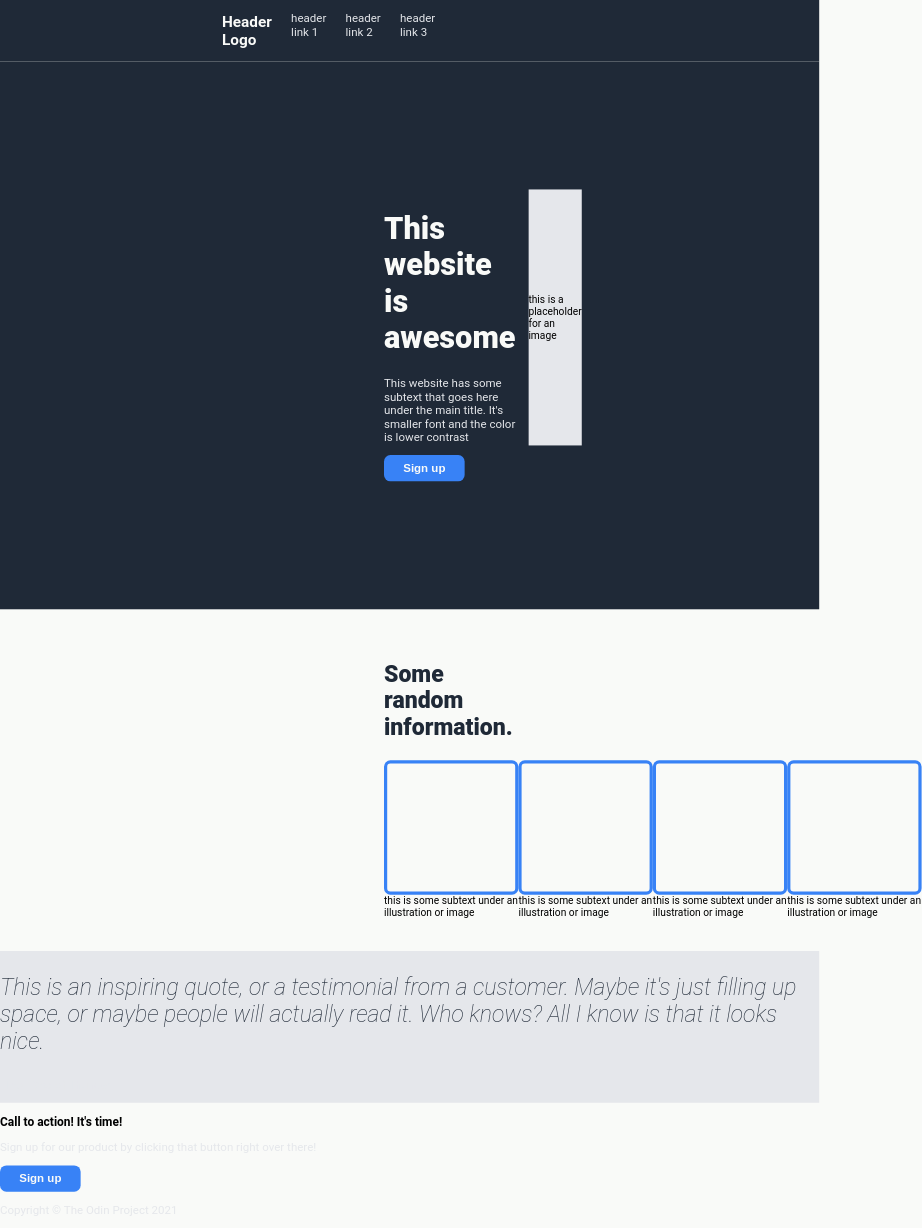
Repository: rsoetydev/landing-page
Page: index.html
An editor plug-in stored every save of this project. The page is shown before and after the next save, followed by the edit.
The browser window is 1280 px wide. The page is 1440 px wide, then 1280 px, so the pictures cover 1440 px, including what lies to the right of the window. The pictures show the whole page, at 64% of full size.

Above is the page before, as saved 2023-11-28 10:27:16.

### index.html
<!DOCTYPE html>
<html lang="en">
<head>
    <meta charset="UTF-8">
    <meta name="viewport" content="width=device-width, initial-scale=1.0">
    <title>Landing Page</title>
    <link rel="stylesheet" href="style.css">
</head>
<body>
    <div class="header">
        <h2 class="header-logo">Header Logo</h2>
        <p class="link-1">header link 1 </p>
        <p class="link-2">header link 2</p>
        <p class="link-3"> header link 3</p>
    </div>

    <div class="hero">
        <div class="hero-text">
            <h1 class="hero-title">This website is awesome</h1>
            <p class="hero-subtext">This website has some subtext that goes here under the main title. It's smaller font and the color is lower contrast</p>
            <button class="sign-up">Sign up</button>
        </div>
        <div class="hero-image-cont">
            this is a placeholder for an image
        </div>
    </div>

    <div class="info">
        <h2 class="info-title">Some random information.</h2>
        <div class="item-cont">
            <div class="item">
                <div class="item-pic"></div>
                <div class="item-text">this is some subtext under an illustration or image</div>
            </div>
            <div class="item">
                <div class="item-pic"></div>
                <div class="item-text">this is some subtext under an illustration or image</div>
            </div>
            <div class="item">
                <div class="item-pic"></div>
                <div class="item-text">this is some subtext under an illustration or image</div>
            </div>
            <div class="item">
                <div class="item-pic"></div>
                <div class="item-text">this is some subtext under an illustration or image</div>
            </div>
        </div>
    </div>

    <div class="quote">
        <p class="quote-text">
            This is an inspiring quote, or a testimonial from a customer. Maybe it's just filling up space, or maybe people will actually read it. Who knows? All I know is that it looks nice.
        </p>
        <p class="quote-author">-Thor, God of Thunder</p>
    </div>

    <div class="c2a">
        <div class="c2a-sub">
            <div class="c2a-text-container">
                <h3>Call to action! It's time!</h3>
                <p class="c2a-text">Sign up for our product by clicking that button right over there!</p>
            </div>
            <button class="c2a-sign-up">Sign up</button>
        </div>
    </div>

    <div class="footer">
        <p class="copyright">Copyright © The Odin Project 2021</p>
    </div>

</body>
</html>

### style.css


:root {
    --dark: #1F2937;
    --gray: #E5E7EB;
    --white: #F9FAF8;
    --blue: #3882F6;

    font-family: 'Roboto', arial;
}

body{
    background-color:var(--white);
    padding: 0;
    margin: 0;
    display: flex;
    flex-direction: column;
}

h1{
    font-size:48px;
    font-weight:900;
    color: var(--white);
}

p{
    color: var(--gray);
    font-size: 18px;
}

h2{
    color: var(--white);
    font-size: 24px;
    font: weight 600px;
}

.info-title {
    font-size: 36px;
    color:var(--dark);
    font-weight: 900;
}

.quote-text {
    font-size: 36px;
    font-style: italic;
    font-weight: 200;
    color:var(--dark);
}

button{
    background-color: var(--blue);
    color:var(--white);
    font-size: 18px;
    font-weight: 600;
    padding: 10px 30px;
    border: none;
    border-radius: 10px;
}

.header{
    display:flex;
    background-color: var(--dark);
    justify-content: flex-end;
    gap:30px;
    padding: 0px 600px;
}

.header-logo{
    flex: 1;
}

.hero{
    display:flex;
    background-color: var(--dark);
    padding: 200px 600px;
    justify-content:space-between;
    gap: 20px;
}

.hero-image-cont{
    background-color:var(--gray);
    display:flex;
    justify-content: center;
    align-items: center;
    width: 800px;
    height: 400px;
}

.info-title{
    text-align: center;
}

.info{
    display: flex;
    flex-direction: column;
    justify-content: center;
    padding: 50px 600px;
}

.item-cont{
    display:flex;
    justify-content: space-evenly;
}

.item{
    display:flex;
    flex-direction: column;
    width: 500px;
}

.item-pic{
    width:200px;
    height:200px;
    flex-grow: 1;
    border-style: solid;
    border-color: var(--blue);
    border-radius: 10px;
    border-width: 5px;
}

.quote{
    background-color: var(--gray);

.c2a{
    background-color: var(--blue);
}

.footer{
    background-color: var(--dark);
}

After the next save:
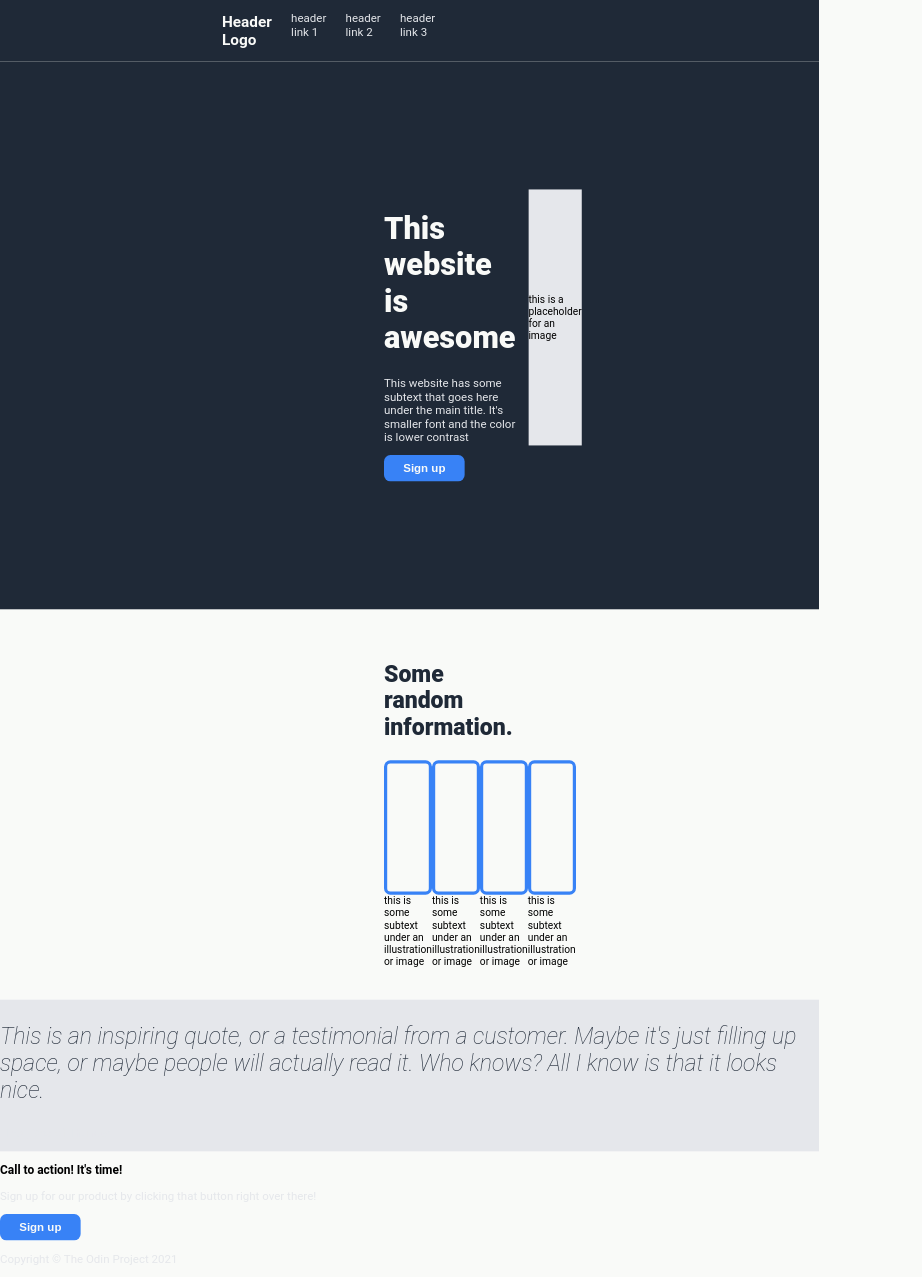
Saved 28 s later.
--- a/style.css
+++ b/style.css
@@ -109,7 +109,6 @@ button{
 }
 
 .item-pic{
-    width:200px;
     height:200px;
     flex-grow: 1;
     border-style: solid;
